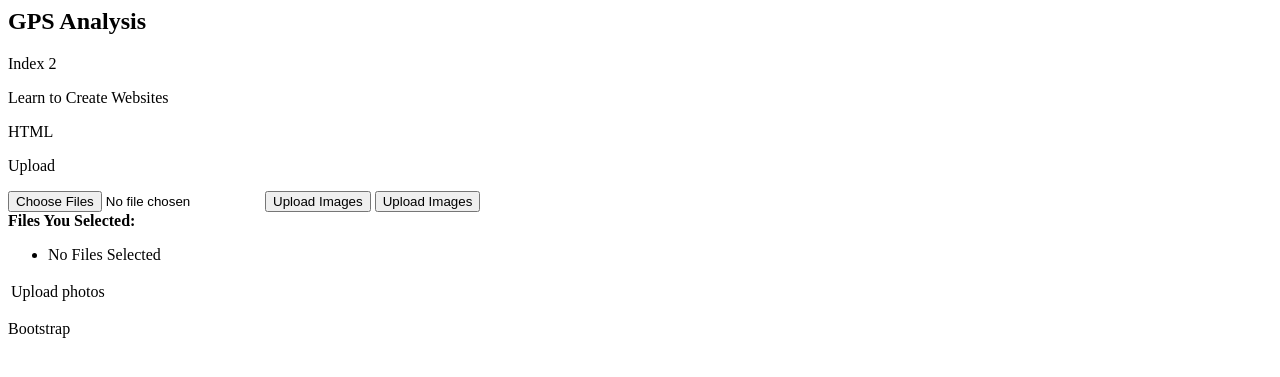
Repository: hanjangchen/Raspberry
Page: prjGAEGPSAnalysis/prjGPSAnalysis/src/static/my_ng_templates/desktop/index_2.html
The author's editor kept a copy of each file at every save. The page is drawn from the files as they stood at one save, then again after the next save.
The browser window is 1280 px wide. The pictures show the whole page.

Above is the page before, as saved 2014-10-31 03:00:20.
Console error: ReferenceError: $ is not defined

### prjGAEGPSAnalysis/prjGPSAnalysis/src/static/my_ng_templates/desktop/index_2.html
<!-- sub-template for index page -->
<div>
	<h2>GPS Analysis</h2>
	<my-index-gps-data>
	<p>Index 2</p>
	</my-index-gps-data>
</div>

<!-- content block -->
<div class="container-fluid">
	<div class="jumbotron">
		<p>Learn to Create Websites</p>
	</div>
	<div class="row">
		<div class="col-xs-4 col-sm-4 col-md-4 col-lg-4 ">
			<p>HTML</p>
		</div>
		<div class="col-xs-4 col-sm-4 col-md-4 col-lg-4">
			<p>Upload</p>

			<section>

				<input type="file" id="images_for_upload" name="images_for_upload"
					multiple="true" value="Add Images" accept="image/*"
					required="required"> <input type="submit"
					value="Upload Images"> <input type="button" id="btn_upload"
					value="Upload Images">
			</section>
			<section>
				<strong>Files You Selected:</strong>
				<ul id="files_list">
					<li>No Files Selected</li>
				</ul>
			</section>
			<section>
				<table id="photo_table">
				<tr><td id="addbirdphoto">Upload photos</td></tr>
			</table>
			</section>
		</div>
		<div class="col-xs-4 col-sm-4 col-md-4 col-lg-4">
			<p>Bootstrap</p>
		</div>
	</div>
</div>

<!-- js libs -->
<script type="text/javascript" src="/js/plugin_mis/numeric-1.2.6.min.js"></script>
<script type="text/javascript"
	src="/js/plugin_mis/particle_swarm_optimization.js"></script>
<script type="text/javascript">
<!--
	var imgs_for_upload = [];
	$('#images_for_upload')
			.change(
					function() {

						var input = document
								.getElementById("images_for_upload");
						var ul = document.getElementById("files_list");
						var toolarge = "";
						var maxsize = 1024000;
						while (ul.hasChildNodes()) {
							ul.removeChild(ul.firstChild);
						}
						for ( var i = 0; i < input.files.length; i++) {

							if (input.files[i].size > maxsize) {
								toolarge += input.files[i].name + "\n";
							} else {
								var li = document.createElement("li");
								li.innerHTML = input.files[i].name;
								ul.appendChild(li);
								imgs_for_upload.push(input.files[i]);
							}

						}
						if (!ul.hasChildNodes()) {
							var li = document.createElement("li");
							li.innerHTML = 'No Files Selected';
							ul.appendChild(li);
						}

						//
						if (toolarge != "") {
							alert("These images were not uploaded due to size limit of 1MB\n"
									+ toolarge);
						}
					});

	$('#btn_upload').click(function() {
		var data=new FormData();
		data.append("images_for_upload",imgs_for_upload);

		//
		send_photo(data);
	});

	function sendPhotos(filedata) {
		$.ajax({
	    	url: '/base/upload_img',
	    	data: filedata,
	    	cache: false,
	    	contentType: false,
	   	     processData: false,
	    	type: 'POST',
	    	success: function(receiveddata){
	    		var data=JSON.parse(receiveddata);
	    		imagelinks=data['img_urls'];
	    		for(var i=0;i<imagelinks.length;i++){
	        	$('#photo_table').append('<tr><td><img src='+imagelinks[i]+'/></td></tr>');
	        }
	        }
			});

		}
//-->
</script>

### prjGAEGPSAnalysis/prjGPSAnalysis/src/static/javascripts/plugin_mis/particle_swarm_optimization.js
/*
 *  Particles Swarm Optimization
 *  This is a standard PSO to find out optimal solution through out the stochastic spaces
 *  PS: Current test function is (0.007 * x_1 * (-x_2 -1)) * ( cos(x_1 + 0.3) - sin(x_2))+(1 - sin(x_1)) and the optimal value is around -1.798
 * */

var particles_swarm_optimization = {

		// configuration
		config : {
			parameters_range : [[-15, -15],[15, 15]], // ranges of particles;
														// row 1 represent low
														// boundary and row 2
														// represent up boundary
			particles_size : 60, // size of particles swarm
			iteration : 50, // iteration number
			max_min_factor : -1, // 1 means to find max; -1 means to find min
			Emax : Number.MAX_VALUE, // maximum value
			Emin : -Number.MAX_VALUE, // minimum value
			Type : 0, // 0 for real number; 1 for integer

			c1 : 2.05, // cognitive parameter (original value; would be
						// replaced by linear change)
			c2 : 4.1 - 2.05, // c2 = 4.1 - c1 // social parameter (original
								// value; would be replaced by linear change)
			constriction_factor : 0.729, // constrain factor

			diff_of_ranges : [], // ranges of each parameter (from low
									// boundary to up boundary)
			up_boundaries : [], //
			low_boundaries : [], // low boundary

			particles_values : [], // values set of particles
			particles_initial_values : [], // initial values set of particles

			particles_velocity : [], // velocity set of particles
			particles_initial_velocity : [], // can be zero or certain
												// reasonable values based on
												// each particle range

			performance_index_set : [], // performance index set
			performance_initial_index_set : [], // initial performance index set

			learning_rate : 0, // learning rate
			learning_rate_self_param_min : 0.4, // minimum learning rate of
												// particle itself
			learning_rate_self_param_max : 0.9, // maximum learning rate of
												// particle itself
			learning_rate_cognitive_min : 1.9, // minimum learning rate of
												// cognitive parameter
			learning_rate_cognitive_max : 2.1, // maximum learning rate of
												// cognitive parameter
			learning_rate_cognitive : 0,
			learning_rate_social : 0,
			learning_rate_self : 0,

			min_cost : 0, // minimum cost
			min_cost_set : [],
			mean_cost : 0, // mean value
			mean_cost_set : [],
			RMS_cost : 0, // root-mean-square cost
			RMS_cost_set : [],

			local_optimal : 0, // local optimal
			index_local_optimal : 0, // index of global optimal in particles
										// set
			global_optimal : 0, // global optimal
			index_global_optimal : 0, // index of global optimal
			local_optimal_value_set : [],
			local_optimal_particles_set : [],
			global_optimal_value_set : [],
			global_optimal_particles_set : [],

		},

		// initialization function
		init_pso : function(){
			/* new */
			this.config.low_boundaries = this.config.parameters_range[0];
			this.config.up_boundaries = this.config.parameters_range[1];
			this.config.diff_of_ranges = numeric.sub(this.config.up_boundaries, this.config.low_boundaries);

			// init particles' values
			this.config.particles_values = numeric.random([this.config.particles_size, this.config.parameters_range[0].length]);
			this.config.particles_values = numeric.dotMMbig(this.config.particles_values, [[this.config.diff_of_ranges[0], 0], [0, this.config.diff_of_ranges[1]]]);
			var temp_low_boundaries_matrix = numeric.rep([this.config.particles_size], this.config.low_boundaries);
			this.config.particles_values = numeric.add(this.config.particles_values, temp_low_boundaries_matrix);

			// init particles velocity
			this.config.particles_velocity = numeric.rep([this.config.particles_size], [0, 0]);

			// evaluate init particles set
			for(var ith = 0; ith < this.config.particles_size; ith++){
				temp_particle_values = this.config.particles_values[ith];

				var performance_index = (0.007 * temp_particle_values[0] * (-temp_particle_values[1]-1)) * (Math.cos(temp_particle_values[0]+0.3) - Math.sin(temp_particle_values[1]))+(1-Math.sin(temp_particle_values[0]));
				if (performance_index > this.config.Emax){
					performance_index = this.config.Emax;
				}
				if (performance_index < this.config.Emin){
					performance_index = this.config.Emin;
				}
				this.config.performance_initial_index_set.push(performance_index);
			}

			// update optimal
			var temp_cost = numeric.mul(- this.config.max_min_factor, this.config.performance_initial_index_set);
			this.config.min_cost = Math.min.apply(Math, temp_cost);
			this.config.min_cost_set = numeric.rep([this.config.particles_size], this.config.min_cost);
			this.config.global_optimal = this.config.min_cost;
			var temp_min_index = temp_cost.indexOf(this.config.min_cost);
			var temp_optimal_particle = this.config.particles_values[temp_min_index];

			this.config.local_optimal_particles_set = numeric.rep([this.config.particles_size], temp_optimal_particle);
			this.config.global_optimal_particles_set = this.config.local_optimal_particles_set;
			this.config.local_optimal_value_set = numeric.rep([this.config.particles_size], this.config.min_cost);

			this.config.mean_cost = numeric.sum(temp_cost) / this.config.particles_size;

		},

		// go through iteration
		go_iteration : function(){
			for(var ith = 0; ith < this.config.iteration; ith++ ){
				this.config.learning_rate_self = this.config.learning_rate_self_param_max - (this.config.learning_rate_self_param_max - this.config.learning_rate_self_param_min) * (ith + 1) / this.config.iteration;

				this.config.learning_rate_cognitive = this.config.learning_rate_cognitive_max - (this.config.learning_rate_cognitive_max - this.config.learning_rate_cognitive_min) * (ith + 1) / this.config.iteration; //
				this.config.learning_rate_social = 4.1 - this.config.learning_rate_cognitive;

				var random_factor_cognitive = numeric.random([this.config.particles_size, this.config.parameters_range[0].length]);
				var random_factor_social = numeric.random([this.config.particles_size, this.config.parameters_range[0].length]);

				var temp_updated_velocity = [];
				var updated_self_learning_rate = numeric.mul(this.config.learning_rate_self, this.config.particles_velocity);

				var updated_cognitive_learning_rate = numeric.sub(this.config.local_optimal_particles_set, this.config.particles_values );
				updated_cognitive_learning_rate = numeric.mul(this.config.learning_rate_cognitive, random_factor_cognitive, updated_cognitive_learning_rate);

				var updated_social_learning_rate = numeric.sub(this.config.global_optimal_particles_set, this.config.particles_values);
				updated_social_learning_rate = numeric.mul(this.config.learning_rate_social, random_factor_social, updated_social_learning_rate);

				temp_updated_velocity = numeric.add(updated_self_learning_rate, updated_cognitive_learning_rate, updated_social_learning_rate);

				// update velocity
				this.config.particles_velocity = numeric.mul(this.config.constriction_factor, temp_updated_velocity);


				// update particles' values
				this.config.particles_values = numeric.add(this.config.particles_values, this.config.particles_velocity);


				// find out values outside boundaries
				var low_boundaries_set = numeric.rep([this.config.particles_size], this.config.low_boundaries);
				var up_boundaries_set = numeric.rep([this.config.particles_size], this.config.up_boundaries);

				var outside_min_boundary = numeric.leq(this.config.particles_values, low_boundaries_set);
				var not_outside_min_boundary = numeric.not(outside_min_boundary);
				var min_replaced_values = numeric.mul(outside_min_boundary, low_boundaries_set);
				var min_original_values = numeric.mul(not_outside_min_boundary, this.config.particles_values);

				this.config.particles_values = numeric.add(min_replaced_values, min_original_values);

				var outside_max_boundary = numeric.geq(this.config.particles_values, up_boundaries_set);
				var not_outside_max_boundary = numeric.not(outside_max_boundary);
				var max_replaced_values = numeric.mul(outside_max_boundary, up_boundaries_set);
				var max_original_values = numeric.mul(not_outside_max_boundary, this.config.particles_values);

				this.config.particles_values = numeric.add(max_replaced_values, max_original_values);

				// evaluate performance
				var temp_particle_values = 0;
				this.config.performance_index_set = [];
				for(var jth = 0; jth < this.config.particles_size; jth++){
					temp_particle_values = this.config.particles_values[jth];

					var performance_index = (0.007 * temp_particle_values[0] * (-temp_particle_values[1] - 1)) * (Math.cos(temp_particle_values[0] + 0.3) - Math.sin(temp_particle_values[1])) + (1 - Math.sin(temp_particle_values[0]));
					if (performance_index > this.config.Emax){
						performance_index = this.config.Emax;
					}
					if (performance_index < this.config.Emin){
						performance_index = this.config.Emin;
					}
					this.config.performance_index_set.push(performance_index);
				}

				//
				var temp_cost_set = numeric.mul(- this.config.max_min_factor, this.config.performance_index_set);


				var temp_better_cost_set = numeric.lt(temp_cost_set, this.config.local_optimal_value_set);
				var not_temp_better_cost_set = numeric.not(temp_better_cost_set);
				var replaced_cost_set = numeric.mul(temp_better_cost_set, temp_cost_set);
				var original_cost_set = numeric.mul(not_temp_better_cost_set, this.config.local_optimal_value_set);
				this.config.local_optimal_value_set = numeric.add(replaced_cost_set, original_cost_set);

				var better_cost_set = numeric.transpose([temp_better_cost_set, temp_better_cost_set]);
				better_cost_set = numeric.mul(better_cost_set, this.config.particles_values);
				var not_better_cost_set = numeric.transpose([not_temp_better_cost_set, not_temp_better_cost_set]);
				not_better_cost_set = numeric.mul(not_better_cost_set, this.config.local_optimal_particles_set);
				this.config.local_optimal_particles_set = numeric.add(better_cost_set, not_better_cost_set);


				var temp_optimal = Math.min.apply(Math, this.config.local_optimal_value_set);
				var temp_optimal_index = this.config.local_optimal_value_set.indexOf(temp_optimal);
				var pre_global_optimal = this.config.global_optimal;
				if (temp_optimal < this.config.global_optimal){
					this.config.global_optimal = temp_optimal;
					this.config.global_optimal_particles_set = numeric.rep([this.config.particles_size], this.config.particles_values[temp_optimal_index]);

					if (Math.abs(temp_optimal - pre_global_optimal) < numeric.epsilon){
						break;
					}
				}
			}
		},

		// start optimization
		start_optimization : function(){
			this.init_pso();
			this.go_iteration();
			console.log(JSON.stringify(this.config.global_optimal,2,2));
		}
}

// test
particles_swarm_optimization.start_optimization();

Loaded but not shown: prjGAEGPSAnalysis/prjGPSAnalysis/src/static/javascripts/plugin_mis/numeric-1.2.6.min.js (library)

After the next save:
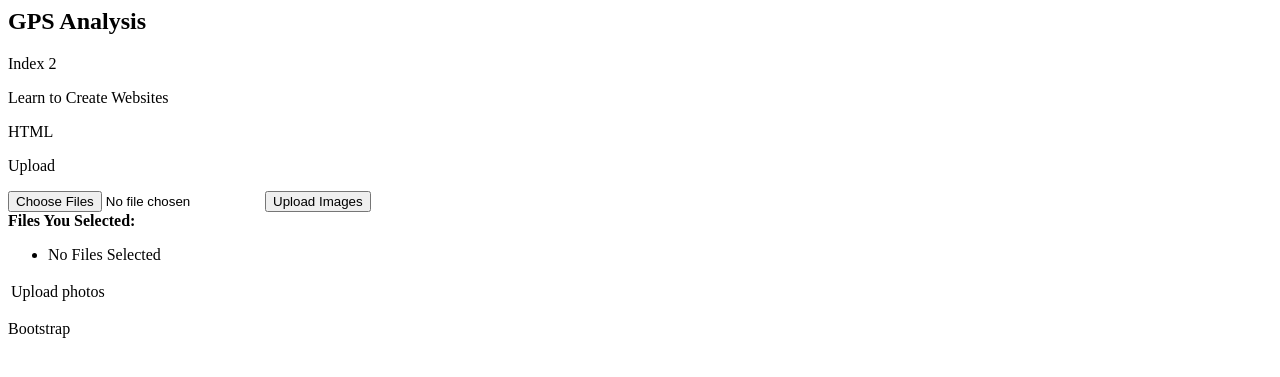
Saved 39 s later.
--- a/prjGAEGPSAnalysis/prjGPSAnalysis/src/static/my_ng_templates/desktop/index_2.html
+++ b/prjGAEGPSAnalysis/prjGPSAnalysis/src/static/my_ng_templates/desktop/index_2.html
@@ -22,8 +22,7 @@
 
 				<input type="file" id="images_for_upload" name="images_for_upload"
 					multiple="true" value="Add Images" accept="image/*"
-					required="required"> <input type="submit"
-					value="Upload Images"> <input type="button" id="btn_upload"
+					required="required"> <input type="button" id="btn_upload"
 					value="Upload Images">
 			</section>
 			<section>
